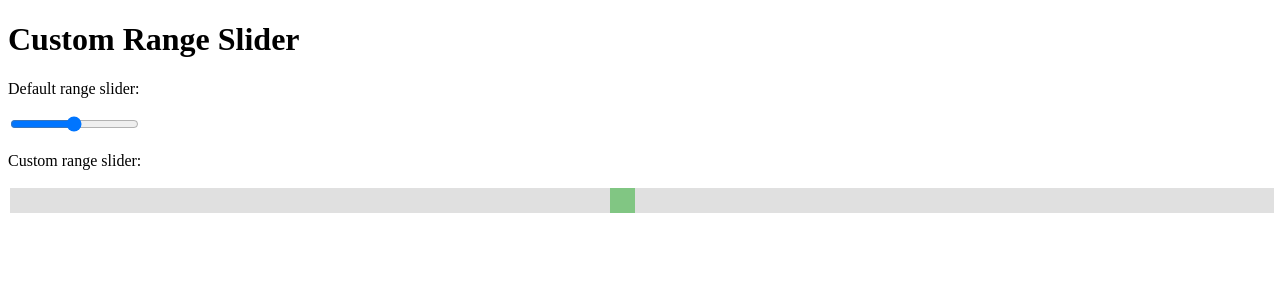
Repository: NanSin21/Mytourism-Website
Page: toursandtravelsmanagement/WebContent/TripPlaces/budget.html
These files come from the project's save history. The page is drawn as it stood at one moment and after the next save; the edit follows.
The browser window is 1280 px wide. The pictures show the whole page.

Above is the page before, as saved 2018-07-23 07:16:28.

### toursandtravelsmanagement/WebContent/TripPlaces/budget.html
<!DOCTYPE html>
<html>
<head>
<meta charset="ISO-8859-1">
<title>Your Filters</title>
<style>
.slidecontainer {
    width: 100%;
}

.slider {
    -webkit-appearance: none;
    width: 100%;
    height: 25px;
    background: #d3d3d3;
    outline: none;
    opacity: 0.7;
    -webkit-transition: .2s;
    transition: opacity .2s;
}

.slider:hover {
    opacity: 1;
}

.slider::-webkit-slider-thumb {
    -webkit-appearance: none;
    appearance: none;
    width: 25px;
    height: 25px;
    background: #4CAF50;
    cursor: pointer;
}

.slider::-moz-range-thumb {
    width: 25px;
    height: 25px;
    background: #4CAF50;
    cursor: pointer;
}
</style>
</head>
<body>

<h1>Custom Range Slider</h1>

<div class="slidecontainer">
  <p>Default range slider:</p>
  <input type="range" min="100" max="10000" value="5000">

  <p>Custom range slider:</p>
  <input type="range" min="300" max="10000" value="5000" class="slider" id="myRange">
</div>

</body>
</html>

After the next save:
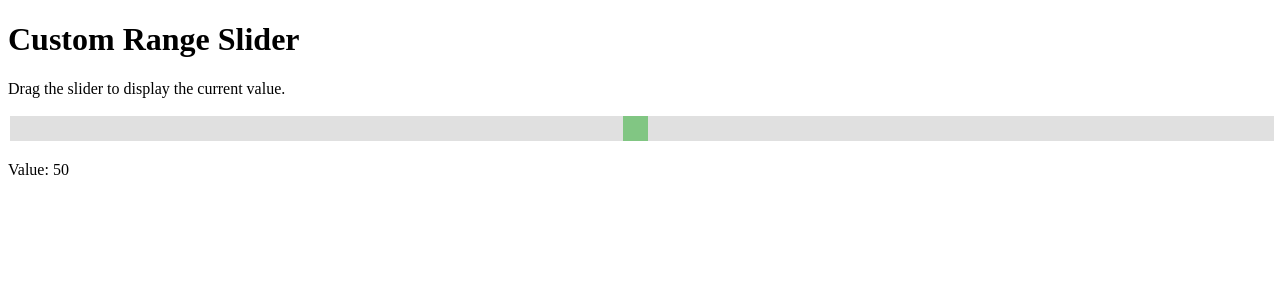
Saved 3 min 8 s later.
--- a/toursandtravelsmanagement/WebContent/TripPlaces/budget.html
+++ b/toursandtravelsmanagement/WebContent/TripPlaces/budget.html
@@ -1,8 +1,7 @@
 <!DOCTYPE html>
 <html>
 <head>
-<meta charset="ISO-8859-1">
-<title>Your Filters</title>
+<meta name="viewport" content="width=device-width, initial-scale=1">
 <style>
 .slidecontainer {
     width: 100%;
@@ -43,14 +42,22 @@
 <body>
 
 <h1>Custom Range Slider</h1>
+<p>Drag the slider to display the current value.</p>
 
 <div class="slidecontainer">
-  <p>Default range slider:</p>
-  <input type="range" min="100" max="10000" value="5000">
+  <input type="range" min="1" max="100" value="50" class="slider" id="myRange">
+  <p>Value: <span id="demo"></span></p>
+</div>
 
-  <p>Custom range slider:</p>
-  <input type="range" min="300" max="10000" value="5000" class="slider" id="myRange">
-</div>
+<script>
+var slider = document.getElementById("myRange");
+var output = document.getElementById("demo");
+output.innerHTML = slider.value;
+
+slider.oninput = function() {
+  output.innerHTML = this.value;
+}
+</script>
 
 </body>
 </html>
